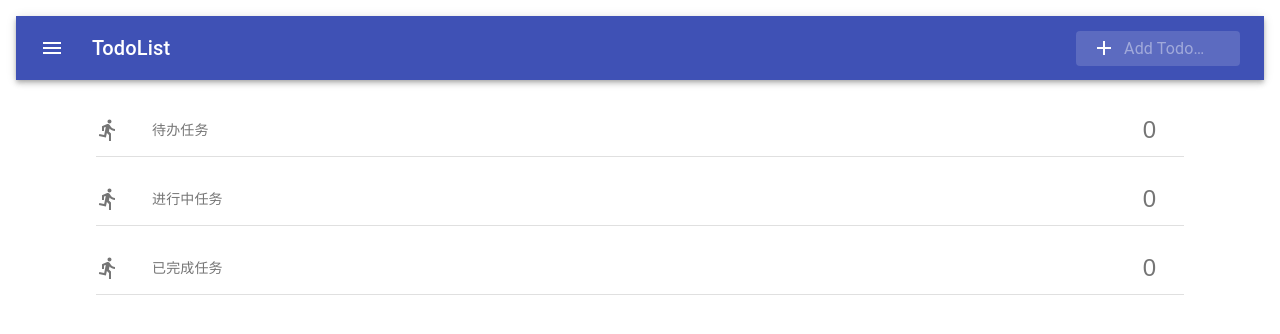
Repository: harperl71/TodoList
Page: /
The author's editor kept a copy of each file at every save. The page is drawn from the files as they stood at one save, then again after the next save.
The browser window is 1280 px wide. The pictures show the whole page.
The project was rebuilt for these pictures with package versions that can differ from the ones it lists, and the page was loaded fresh each time. Also part of the build but not shown: src/components/content/task-item/index.tsx.

Above is the page before, as saved 2021-05-21 09:08:01.

### src/App.tsx
import React from "react";
import Header from "./components/header";
import Content from "./components/content";
import Footer from "./components/footer";
import Myprovider from "./context";

function App() {
  return (
    <div className="APP">
      <Myprovider>
        <Header />
        <Content />
        <Footer />
      </Myprovider>
    </div>
  );
}

export default App;

### src/components/header/index.tsx
import React, { useContext } from "react";
import { MyContext } from "../../context";
import AppBar from "@material-ui/core/AppBar";
import Toolbar from "@material-ui/core/Toolbar";
import IconButton from "@material-ui/core/IconButton";
import Typography from "@material-ui/core/Typography";
import InputBase from "@material-ui/core/InputBase";
import { makeStyles, fade } from "@material-ui/core/styles";
import MenuIcon from "@material-ui/icons/Menu";
import AddIcon from "@material-ui/icons/Add";

const useStyles = makeStyles((theme) => ({
  header: {
    margin: theme.spacing(2),
    justifyContent: "space-between",
  },
  listButton: {
    marginRight: theme.spacing(2),
  },
  title: {
    flexGrow: 1,
    display: "none",
    [theme.breakpoints.up("sm")]: {
      display: "block",
    },
  },
  search: {
    position: "relative",
    borderRadius: theme.shape.borderRadius,
    backgroundColor: fade(theme.palette.common.white, 0.15),
    "&:hover": {
      backgroundColor: fade(theme.palette.common.white, 0.25),
    },
    marginLeft: 0,
    width: "100%",
    [theme.breakpoints.up("sm")]: {
      marginLeft: theme.spacing(1),
      width: "auto",
    },
  },
  addIcon: {
    padding: theme.spacing(0, 2),
    height: "100%",
    position: "absolute",
    pointerEvents: "none",
    display: "flex",
    alignItems: "center",
    justifyContent: "center",
  },
  inputRoot: {
    color: "inherit",
  },
  inputInput: {
    padding: theme.spacing(1, 1, 1, 0),
    // vertical padding + font size from searchIcon
    paddingLeft: `calc(1em + ${theme.spacing(4)}px)`,
    transition: theme.transitions.create("width"),
    width: "100%",
    [theme.breakpoints.up("sm")]: {
      width: "12ch",
      "&:focus": {
        width: "20ch",
      },
    },
  },
}));

export default function SearchAppBar() {
  const classes = useStyles();
  const { Add } = useContext(MyContext);

  const enterPress = (evt: React.SyntheticEvent) => {
    if (
      (evt as KeyboardEventInit).code === "Enter" &&
      (evt.target as HTMLInputElement).value !== ""
    ) {
      Add((evt.target as HTMLInputElement).value);
      (evt.target as HTMLInputElement).value = "";
    }
  };

  return (
    <div className={classes.header}>
      <AppBar position="static">
        <Toolbar>
          <IconButton
            edge="start"
            className={classes.listButton}
            color="inherit"
            aria-label="open drawer"
          >
            <MenuIcon />
          </IconButton>
          <Typography className={classes.title} variant="h6" noWrap>
            TodoList
          </Typography>
          <div className={classes.search}>
            <div className={classes.addIcon}>
              <AddIcon />
            </div>
            <InputBase
              placeholder="Add Todo…"
              required
              classes={{
                root: classes.inputRoot,
                input: classes.inputInput,
              }}
              onKeyPress={enterPress}
            />
          </div>
        </Toolbar>
      </AppBar>
    </div>
  );
}

### src/components/content/index.tsx
import React, { Fragment } from "react";
import TaskList from "./task-list";
import { makeStyles } from "@material-ui/core";

const useStyles = makeStyles((theme) => ({
  content: {
    margin: theme.spacing(0, 6),
    justifyContent: "center",
  },
}));

const Content = () => {
  const classes = useStyles();
  return (
    <div className={classes.content}>
      <Fragment>
        <TaskList title="待办任务" status="todo" />
        <TaskList title="进行中任务" status="doing" />
        <TaskList title="已完成任务" status="done" />
      </Fragment>
    </div>
  );
};

export default Content;

### src/components/footer/index.tsx
import React from "react";

const Footer = () => {
  return <div className="footer"></div>;
};

export default Footer;

### src/context/index.tsx
import React, { createContext, useState } from "react";

export interface TodoProps {
  id: number;
  text: string;
  status: string;
}

export interface ContextProps {
  todoList: TodoProps[];
  Add: (item: string) => void;
  Delete: (id: number) => void;
  Remove: (index: number, status: string) => void;
  Clear: () => void;
}

export const MyContext = createContext({} as ContextProps);

const Myprovider = (props: React.PropsWithChildren<{}>) => {
  const [todoList, setList] = useState<TodoProps[]>([]);

  const Add = (item: string) => {
    const listItem = {
      id: new Date().getTime(),
      text: item,
      status: "todo",
    };
    setList([...todoList, listItem]);
  };
  //console.log(...todoList);

  const Delete = (id: number) => {
    setList(todoList.filter((item) => item.id !== id));
  };

  const Remove = (index: number, status: string) => {
    if (status === "todo") {
      const listItem = Object.assign({}, todoList[index], {
        status: "doing",
      });
      const list = todoList.splice(index, 1);
      setList([...list, listItem]);
    }
    if (status === "doing") {
      const listItem = Object.assign({}, todoList[index], {
        status: "done",
      });
      const list = todoList.splice(index, 1);
      setList([...list, listItem]);
    }
  };

  const Clear = () => setList([]);

  return (
    <MyContext.Provider value={{ todoList, Add, Delete, Remove, Clear }}>
      {props.children}
    </MyContext.Provider>
  );
};

export default Myprovider;

### src/components/content/task-list/index.tsx
import React, { useContext } from "react";
import TaskItem from "../task-item";
import { MyContext } from "../../../context";
import {
  makeStyles,
  List,
  ListItem,
  ListItemIcon,
  ListItemText,
  Divider,
  IconButton,
} from "@material-ui/core";
import DirectionsRunIcon from "@material-ui/icons/DirectionsRun";

const useStyles = makeStyles((theme) => ({
  root: {
    margin: theme.spacing(0, 6),
    justifyContent: "space-between",
  },
  listTitle: {
    justifyContent: "center",
  },
  listHeader: {
    padding: 0,
  },
  listnum: {
    marginRight: theme.spacing(2),
  },
}));

interface Iprops {
  title: string;
  status: string;
}

const TaskList = ({ title, status }: Iprops) => {
  const classes = useStyles();

  const { todoList } = useContext(MyContext);
  //console.log(todoList);

  return (
    <div className={classes.root}>
      <section className={classes.listTitle} id={title}>
        <List
          className={classes.list}
          component="nav"
          aria-label="main mailbox folders"
        >
          <ListItem className={classes.listHeader} button>
            <ListItemIcon>
              <DirectionsRunIcon />
            </ListItemIcon>
            <ListItemText secondary={title} />
            <IconButton className={classes.listnum} aria-label="list-num">
              {
                todoList.filter((item) => {
                  return item.status === status;
                }).length
              }
            </IconButton>
          </ListItem>
          <Divider />
        </List>
      </section>
      <section className={title}>
        {todoList
          .filter((item) => {
            return item.status === status;
          })
          .map((item) => {
            return <TaskItem />;
          })}
      </section>
    </div>
  );
};

export default TaskList;

Loaded but not shown: public/index.html (common file); src/index.tsx (common file); src/index.css (common file); src/reportWebVitals.ts (common file)

After the next save:
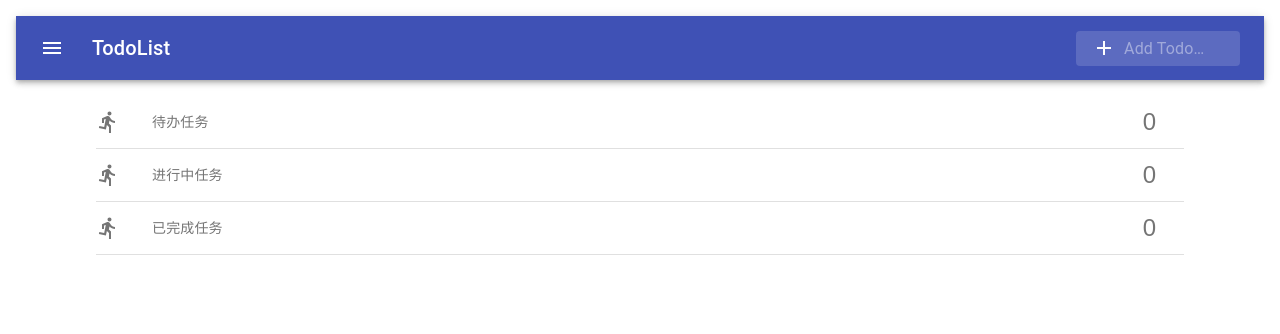
Saved 10 s later.
--- a/src/components/content/task-list/index.tsx
+++ b/src/components/content/task-list/index.tsx
@@ -21,6 +21,9 @@ const useStyles = makeStyles((theme) => ({
     justifyContent: "center",
   },
   listHeader: {
+    padding: 0,
+  },
+  list: {
     padding: 0,
   },
   listnum: {
